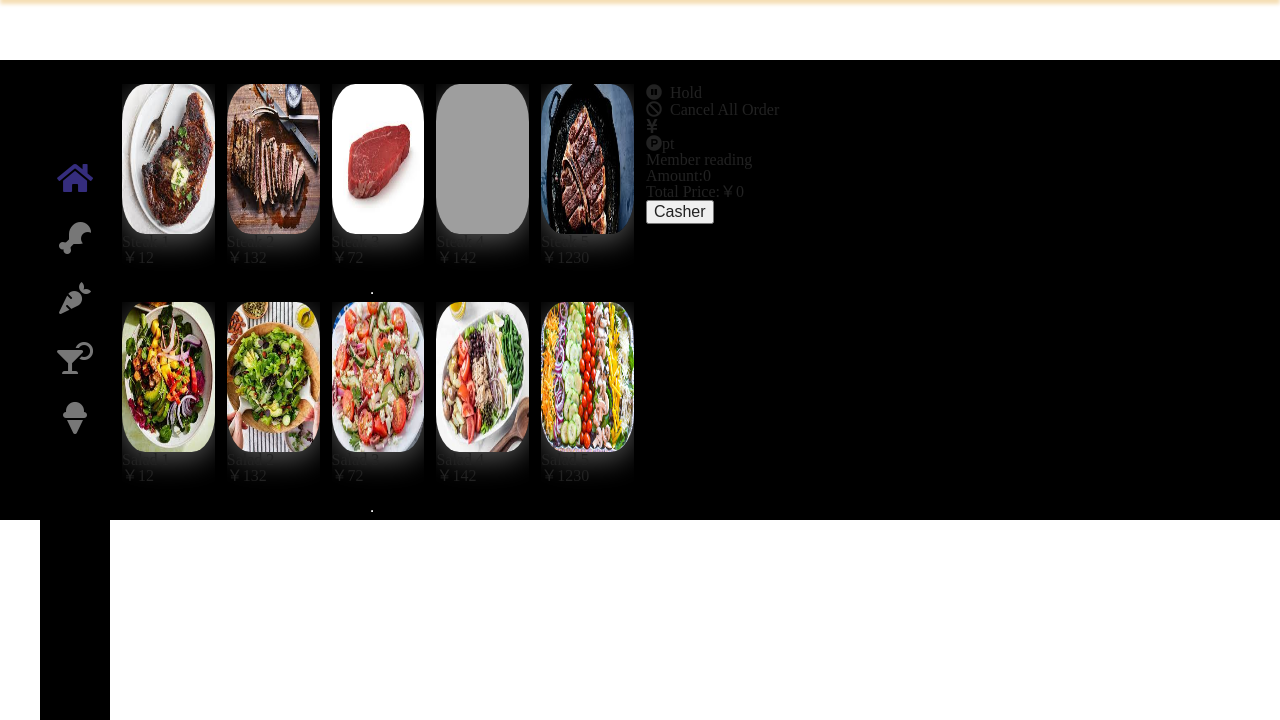
Repository: vuhungson158/Menu
Page: /
The author's editor kept a copy of each file at every save. The page is drawn from the files as they stood at one save, then again after the next save.
The browser window is 1280 px wide. The pictures show the whole page.
Pictures or frames that could not be fetched are drawn as grey boxes. The project was rebuilt for these pictures with package versions that can differ from the ones it lists, and the page was loaded fresh each time. Also part of the build but not shown: src/component/mainMenu/orderBlock/orderContent/OrderedItem.jsx, src/redux-store/actions/HoldActions.jsx, src/component/mainMenu/orderBlock/utilities/HoldItem.jsx.

Above is the page before, as saved 2021-08-22 09:41:28.

### public/index.html
<!DOCTYPE html>
<html lang="en">
  <head>
    <meta charset="utf-8" />
    <link rel="icon" href="%PUBLIC_URL%/favicon.ico" />
    <meta name="viewport" content="width=device-width, initial-scale=1" />
    <meta name="theme-color" content="#000000" />
    <meta
      name="description"
      content="Web site created using create-react-app"
    />
    <link rel="apple-touch-icon" href="%PUBLIC_URL%/logo192.png" />
    <!--
      manifest.json provides metadata used when your web app is installed on a
      user's mobile device or desktop. See https://developers.google.com/web/fundamentals/web-app-manifest/
    -->
    <link rel="manifest" href="%PUBLIC_URL%/manifest.json" />
    <link rel="stylesheet" href="fontawesome-5.15.3-web/css/all.min.css">

    <!--
      Notice the use of %PUBLIC_URL% in the tags above.
      It will be replaced with the URL of the `public` folder during the build.
      Only files inside the `public` folder can be referenced from the HTML.

      Unlike "/favicon.ico" or "favicon.ico", "%PUBLIC_URL%/favicon.ico" will
      work correctly both with client-side routing and a non-root public URL.
      Learn how to configure a non-root public URL by running `npm run build`.
    -->
    <title>Restaurant Menu</title>
  </head>
  <body>
    <noscript>You need to enable JavaScript to run this app.</noscript>
    <div id="root"></div>
    <!--
      This HTML file is a template.
      If you open it directly in the browser, you will see an empty page.

      You can add webfonts, meta tags, or analytics to this file.
      The build step will place the bundled scripts into the <body> tag.

      To begin the development, run `npm start` or `yarn start`.
      To create a production bundle, use `npm run build` or `yarn build`.
    -->
  </body>
</html>

### src/redux-store/index.jsx
import { createStore, applyMiddleware } from "redux";
import { composeWithDevTools } from "redux-devtools-extension";
import thunk from "redux-thunk";
import rootReducer from "./reducers";

const initialState = {};

const middleware = [thunk];

const store = createStore(
    rootReducer,
    initialState,
    composeWithDevTools(applyMiddleware(...middleware))
);

export default store;

### src/component/mainMenu/index.jsx
import React from 'react';
import CenterMenu from './centerMenu';
import OrderBlock from './orderBlock';

const MainMenu = () => {
    return (
        <div id="main-menu">
            <div className="container">
                <div className="grid">
                    <CenterMenu />
                    <OrderBlock />
                </div>
            </div>
        </div >
    )
}

export default MainMenu

### src/component/navbar/index.jsx
import React, { useState } from 'react';
import Clock from './Clock';

const Navbar = () => {

    const nav_height = "-60px"
    const [active, setActive] = useState(false);

    var prevScrollpos = window.pageYOffset;
    window.onscroll = function () {
        var currentScrollPos = window.pageYOffset;
        if (prevScrollpos > currentScrollPos) {
            document.getElementById("navbar").style.top = "0";
        } else {
            document.getElementById("navbar").style.top = nav_height;
        }
        prevScrollpos = currentScrollPos;
    }

    return (
        <nav id="navbar">
            <div className="container">
                <h1>Menu</h1>
                <Clock />
                <div className={`setting-icon ${active ? `active` : ""}`}
                    onClick={() => setActive(!active)} >
                    <span></span>
                    <span></span>
                    <span></span>
                    {
                        active ?
                            <ul className="setting-menu">
                                <li>Language</li>
                                <li>Dark Mode</li>
                                <li>Size</li>
                                <li>...something</li>
                            </ul>
                            : ""
                    }
                </div>

            </div>
        </nav>
    )
}

export default Navbar

### src/styles/App.scss
@import "./_variables";
@import "./mixin";

* {
    box-sizing: border-box;
    font-family: "Fira sans", sans-serif;
}
body {
    font-size: 10px;
}

@media (max-width: $breakpoint_mobile) {
    :root {
        --container_width: 100%;
    }
}
@media (min-width: $breakpoint_mobile) {
    :root {
        --container_width: 720px;
    }
}
@media (min-width: $breakpoint_ipad) {
    :root {
        --container_width: 960px;
    }
}
@media (min-width: $breakpoint_sm_pc) {
    :root {
        --container_width: 1200px;
    }
}
@media (min-width: $breakpoint_pc) {
    :root {
        --container_width: 1800px;
    }
}

.container {
    margin: 0 auto;
    max-width: var(--container_width);
}

#navbar {
    position: fixed;
    height: $navbar_height;
    top: 0;
    left: 0;
    right: 0;
    z-index: $navbar_z-index;
    background-color: $background-color_1st;
    color: $color_1st;
    box-shadow: 0 4px 4px 0 $color_1st;
    transition: 0.5s;

    .container {
        position: relative;
        display: flex;
        align-items: center;
        justify-content: space-between;

        h1 {
            color: $color_1st;
            font-size: 3.6rem;
            font-weight: 900;
            letter-spacing: 2px;
            text-transform: uppercase;
        }

        #clock {
            font-size: 2.4rem;
            font-weight: 600;
        }

        .setting-icon {
            display: block;
            position: relative;
            z-index: 1;
            user-select: none;
            appearance: none;
            border: none;
            outline: none;
            background: none;
            cursor: pointer;

            span {
                display: block;
                position: relative;
                width: 36px;
                height: 4px;
                margin-bottom: 6px;
                background-color: $background-color_2nd;
                border-radius: 10%;
                z-index: 1;
                transform-origin: 0 0;
                transition: 0.5s;
            }

            &:hover span:nth-child(2) {
                background-color: $color_3rd;
            }

            &.active {
                span:nth-child(1) {
                    transform: translate(0px, -2px) rotate(45deg);
                }
                span:nth-child(2) {
                    opacity: 0;
                    transform: translateX(36px);
                }
                span:nth-child(3) {
                    transform: translate(-3px, 3px) rotate(-45deg);
                }
            }
            .setting-menu {
                position: absolute;
                right: 0;
                border: 2px solid $color_2nd;
                border-radius: 5%;
                overflow: hidden;
                padding: 12px;
                background-color: $background-color_1st;
                cursor: auto;
                animation: dropDown 0.2s;

                li {
                    min-width: 120px;
                    cursor: pointer;
                    text-align: center;
                    padding: 12px 8px;
                    font-size: 1.6rem;
                    transition: 0.2s;
                    &:hover {
                        transform: scale(1.2);
                        color: $color_3rd;
                    }
                }
            }
        }
    }
}

#main-menu {
    background-color: $background-color_1st;
    margin-top: $navbar_height;
    .container {
        padding-top: 24px;
        .grid {
            --margin_left: 12px;
            display: flex;
            margin-left: calc(-1 * var(--margin_left));
            #center-menu,
            #order-block {
                margin-left: var(--margin_left);
                width: calc(50% - var(--margin_left));
            }
            #center-menu {
                --side-nav_width: 70px;
                #side-nav {
                    position: fixed;
                    min-height: 90%;
                    width: var(--side-nav_width);
                    background: $background-color_1st;
                    overflow: hidden;
                    transition: width 0.2s;
                    z-index: 1;
                    &:hover {
                        width: 300px;
                    }
                    ul {
                        position: absolute;
                        top: 0;
                        left: 0;
                        width: 100%;
                        padding-left: 5px;
                        top: 10%;
                        li {
                            opacity: 0.5;
                            a {
                                position: relative;
                                display: block;
                                width: 100%;
                                display: flex;
                                text-decoration: none;
                                color: $color_2nd;
                                font-size: 2rem;
                                .icon {
                                    position: relative;
                                    display: block;
                                    min-width: 60px;
                                    height: 60px;
                                    line-height: 60px;
                                    text-align: center;
                                    i {
                                        position: relative;
                                        font-size: 2rem;
                                        z-index: 1;
                                    }
                                }
                                .title {
                                    position: relative;
                                    display: block;
                                    padding-left: 10px;
                                    height: 60px;
                                    line-height: 60px;
                                    white-space: nowrap;
                                }
                            }
                            &.active,
                            &:hover {
                                .icon,
                                .title {
                                    transition: 0.2s;
                                    color: $color_3rd;
                                }
                            }
                        }
                    }
                }
                #menu {
                    margin-left: calc(var(--side-nav_width) + 12px);
                    .page {
                        --spacing: 12px;
                        --columns: 5;
                        display: flex;
                        flex-wrap: wrap;
                        margin-left: calc(-1 * var(--spacing));
                        .food-item {
                            overflow: hidden;
                            margin-left: var(--spacing);
                            width: calc(100% / var(--columns) - var(--spacing));
                            display: flex;
                            flex-direction: column;
                            height: 200px;
                            cursor: pointer;
                            img {
                                height: 150px;
                                border-radius: 25%;
                                box-shadow: 0 7px 29px 0 $box-shadow-color;
                            }
                        }
                    }
                }
            }
        }
    }
}

### src/redux-store/reducers/index.jsx
import { combineReducers } from "redux";
import HoldReducer from "./HoldReducer";
import MenuReducer from "./MenuReducer";
import OrderReducer from "./OrderReducer";

const rootReducer = combineReducers({
    menu: MenuReducer,
    order: OrderReducer,
    hold:HoldReducer
});

export default rootReducer;

### src/component/mainMenu/centerMenu/index.jsx
import React from 'react';
import MenuPage from './MenuPage';
import PropTypes from 'prop-types';
import { connect } from 'react-redux';
import SideBar from './sidebar';

const CenterMenu = ({ foods }) => {
    return (
        <div id="center-menu">
            <SideBar />
            <div id="menu">
                {
                    Object.entries(foods).map(page => (
                        <MenuPage key={page[0]} page={page[1]} />
                    ))
                }
            </div>
        </div >
    )
};

CenterMenu.prototype = {
    foods: PropTypes.array.isRequired,
};

const mapStateToProps = state => ({
    foods: state.menu.foods
});

export default connect(mapStateToProps)(CenterMenu)

### src/component/mainMenu/orderBlock/index.jsx
import React from 'react'
import MemberInfo from './MemberInfo'
import OrderedContent from './orderContent'
import Utilities from './utilities'


const OrderBlock = () => {

    return (
        <div id="order-block" className="d-flex flex-column">
            <Utilities />
            <MemberInfo />
            <OrderedContent />
            <button id="casher-btn" className="btn btn-primary">Casher</button>
        </div>
    )
}

export default OrderBlock

### src/component/navbar/Clock.jsx
import React, { useEffect, useState } from 'react'
import { showTime } from '../../pure-JS/MyTime';

const Clock = () => {

    const [clock, setClock] = useState("")

    useEffect(() => {
        const intervalClock = setInterval(() => setClock(showTime()), 1000);
        return () => clearInterval(intervalClock);
    }, []);

    return (
        <div id="clock">{clock ? clock : showTime()}</div>
    )
}

export default Clock

### src/styles/_variables.scss
:root {
    --spacing: 0;
    --container_width: 0;
    --columns: 0;
}

// Color
$color_1st: wheat;
$color_2nd: #eee;
$color_3rd: #6a5af9;
$color_4th: #3d6ef7;
$color_light: #ededed;
$color_dark: black;

$box-shadow-color: #555;

// Background Color
$background-color_1st: black;
$background-color_2nd: wheat;
$background-color_3rd: #6a5af9;
$background-color_4th: #3D6EF7;;

// z-index
$navbar_z-index: 99;

// Height
$navbar_height: 60px;

// Width
$breakpoint_mobile: 768px;
$breakpoint_ipad: 1024px;
$breakpoint_sm_pc: 1224px;
$breakpoint_pc: 1824px;

### src/styles/_mixin.scss
@keyframes dropDown {
    0% {
        transform: translateY(-100px);
    }
    100% {
        transform: skewY(0);
    }
}

### src/redux-store/reducers/HoldReducer.jsx
import { MAKE_HOLD } from "../actions/TYPE";

var initialState = {
    holder: [{}, {}, {}, {}, {}, {}, {}, {}, {}, {}]
}

const HoldReducer = (state = initialState, action) => {
    const { type, payload } = action;

    switch (type) {
        case MAKE_HOLD:
            if (payload.totalAmount === 0) {
                state.holder[payload.index] = {};
                return state;
            } else {
                state.holder[payload.index] = payload;
                return state;
            }
        default:
            return state;
    }
};

export default HoldReducer;

### src/redux-store/reducers/MenuReducer.jsx
import { SWITCH_BRANCH } from "../actions/TYPE";
import { MenuInitialState } from "./MenuInitialState";

const MenuReducer = (state = MenuInitialState, action) => {
    const { type, payload } = action;

    switch (type) {
        case SWITCH_BRANCH:
            return {
                ...state,
                branchs: state.branchs.map((branch) => {
                    if (branch.id === payload) branch.active = true;
                    else if (branch.active) branch.active = false;
                    return branch;
                })
            };
        default:
            return state;
    }
};

export default MenuReducer;

### src/component/mainMenu/centerMenu/MenuPage.jsx
import React from 'react'
import MenuItem from './MenuItem'

const MenuPage = ({ page }) => {
    return (
        <div className="page">
            {
                page.map((food) => (
                    <MenuItem key={food.id} food={food} />
                ))
            }
            <hr />
        </div>
    )
}

export default MenuPage

### src/component/mainMenu/centerMenu/sidebar/index.jsx
import React from 'react'
import PropTypes from 'prop-types';
import { connect } from 'react-redux';
import { switchBranch } from '../../../../redux-store/actions/MenuActions';

const SideBar = ({branchs, switchBranch}) => {
    return (
        <div id="side-nav" className="side-nav">
            <ul>
                {
                    branchs.map((branch) => (
                        <li key={branch.id} className={branch.active ? "list active" : "list"} >
                            <a href="/#" onClick={() => switchBranch(branch.id)}>
                                <span className="icon"><i className={branch.icon}></i></span>
                                <span className="title">{branch.name}</span>
                            </a>
                        </li>
                    ))
                }
            </ul>
        </div>
    )
}

SideBar.prototype = {
    branchs: PropTypes.array.isRequired,
    switchBranch: PropTypes.func.isRequired
};

const mapStateToProps = state => ({
    branchs: state.menu.branchs
});

export default connect(mapStateToProps, { switchBranch })(SideBar)

### src/component/mainMenu/orderBlock/MemberInfo.jsx
import React from 'react'

const MemberInfo = () => {
    return (
        <div id="member-info">
            <div>
                <i className="fas fa-yen-sign"></i>
                <span></span>
            </div>
            <div>
                <i className="fab fa-product-hunt"></i>
                <span>pt</span>
            </div>
            <div>
                Member reading
            </div>
        </div>
    )
}

export default MemberInfo

### src/component/mainMenu/orderBlock/orderContent/index.jsx
import React from 'react'
import { connect } from 'react-redux';
import PropTypes from 'prop-types';
import OrderedItem from './OrderedItem'

const OrderedContent = ({ orders }) => {

    const totalAmount = orders.reduce((acc, order) => (acc + order.amount), 0);
    const totalPrice = orders.reduce((acc, order) => (acc + order.price * order.amount), 0);

    return (
        <>
            <div id="list">
                <table>
                    {
                        orders.map((order) => (
                            <OrderedItem key={order.id} order={order} />
                        ))
                    }
                </table>
            </div>
            <div id="total">
                <div>
                    Amount:<span>{totalAmount ? totalAmount : 0}</span>
                </div>
                <div>
                    Total Price:<span>￥{totalPrice ? totalPrice : 0}</span>
                </div>
            </div>
        </>
    )
}
OrderedContent.prototype = {
    orders: PropTypes.array.isRequired,
};

const mapStateToProps = state => ({
    orders: state.order.ordered_item,
    totalAmount: state.order.totalAmount,
    totalPrice: state.order.totalPrice
});

export default connect(mapStateToProps)(OrderedContent)

### src/component/mainMenu/orderBlock/utilities/index.jsx
import React, { useState } from 'react'
import { connect } from 'react-redux';
import PropTypes from 'prop-types';
import { clearAll } from '../../../../redux-store/actions/OrderActions';
import HoldItem from './HoldItem';

const Utilities = ({ holds, clearAll }) => {
    const [isShowTable, setIsShowTable] = useState(false);

    return (
        <div id="utilities">
            <div id="hold" className="" onClick={() => setIsShowTable(!isShowTable)}>
                <i className="fas fa-pause-circle"></i>
                &nbsp; Hold
                {
                    isShowTable ?
                        <table id="hold-table" >
                            <thead className="">
                                <tr>
                                    <td>Index</td>
                                    <td>Time</td>
                                    <td>Amount</td>
                                    <td>Price</td>
                                </tr>
                            </thead>
                            <tbody>
                                {
                                    holds.map((hold, index) => (
                                        <HoldItem key={index} hold={hold} index={index} />
                                    ))
                                }
                            </tbody>
                        </table>
                        : ""
                }

            </div>
            <div className="" onClick={() => clearAll()}>
                <i className="fas fa-ban"></i>
                &nbsp; Cancel All Order
            </div>
        </div>
    )
}
Utilities.prototype = {
    hold: PropTypes.array.isRequired,
    clearAll: PropTypes.func.isRequired,
};

const mapStateToProps = state => ({
    holds: state.hold.holder
});

export default connect(mapStateToProps, { clearAll })(Utilities)

### src/component/mainMenu/centerMenu/MenuItem.jsx
import React from 'react'
import PropTypes from 'prop-types';
import { connect } from 'react-redux';
import { addToOrder } from '../../../redux-store/actions/OrderActions';

const MenuItem = ({ food, addToOrder }) => {

    return (
        <div className="food-item" key={food.id} onClick={() => { addToOrder(food) }}>
            <img src={food.img} alt="" />
            <div>{food.name}</div>
            <div>￥{food.price}</div>
        </div>
    )
}

MenuItem.prototype = {
    addToOrder: PropTypes.func.isRequired,
};

const mapStateToProps = state => ({
});

export default connect(mapStateToProps, { addToOrder })(MenuItem)

### src/redux-store/actions/MenuActions.jsx
import { SWITCH_BRANCH } from "./TYPE";


export const switchBranch = newID => dispatch => {
    dispatch({
        type: SWITCH_BRANCH,
        payload: newID
    })
};

### src/redux-store/actions/OrderActions.jsx
import { ADD_ORDER, AMOUNT_DOWN, AMOUNT_UP, CHANGE_AMOUNT, CLEAR_ALL, HOLD_TO_ORDER } from "./TYPE";
import { v4 as uuidV4 } from "uuid";

export const addToOrder = item => dispatch => {
    dispatch({
        type: ADD_ORDER,
        payload: { ...item, id: uuidV4(), amount: 1 }
    })
};

export const holdToOrder = orders => dispatch => {
    dispatch({
        type: HOLD_TO_ORDER,
        payload: orders
    })
};

export const changeAmount = (id, amount) => dispatch => {
    dispatch({
        type: CHANGE_AMOUNT,
        payload: { id, amount: parseInt(amount, 10) }
    })
};

export const amountUp = id => dispatch => {
    dispatch({
        type: AMOUNT_UP,
        payload: id
    })
};

export const amountDown = (id, amount) => dispatch => {
    dispatch({
        type: AMOUNT_DOWN,
        payload: { id, amount }
    })
};

export const clearAll = () => dispatch => {
    dispatch({
        type: CLEAR_ALL,
        payload: null
    })
};

Loaded but not shown: src/serviceWorker.js (common file); src/styles/Reset.css (common file); public/fontawesome-5.15.3-web/css/all.min.css (library); src/redux-store/reducers/MenuInitialState.js (124 lines, source omitted); src/index.js (20 lines, source omitted); src/redux-store/actions/TYPE.js (13 lines, source omitted); src/pure-JS/MyTime.js (13 lines, source omitted); src/App.js (16 lines, source omitted); src/redux-store/reducers/OrderReducer.jsx (71 lines, source omitted)

After the next save:
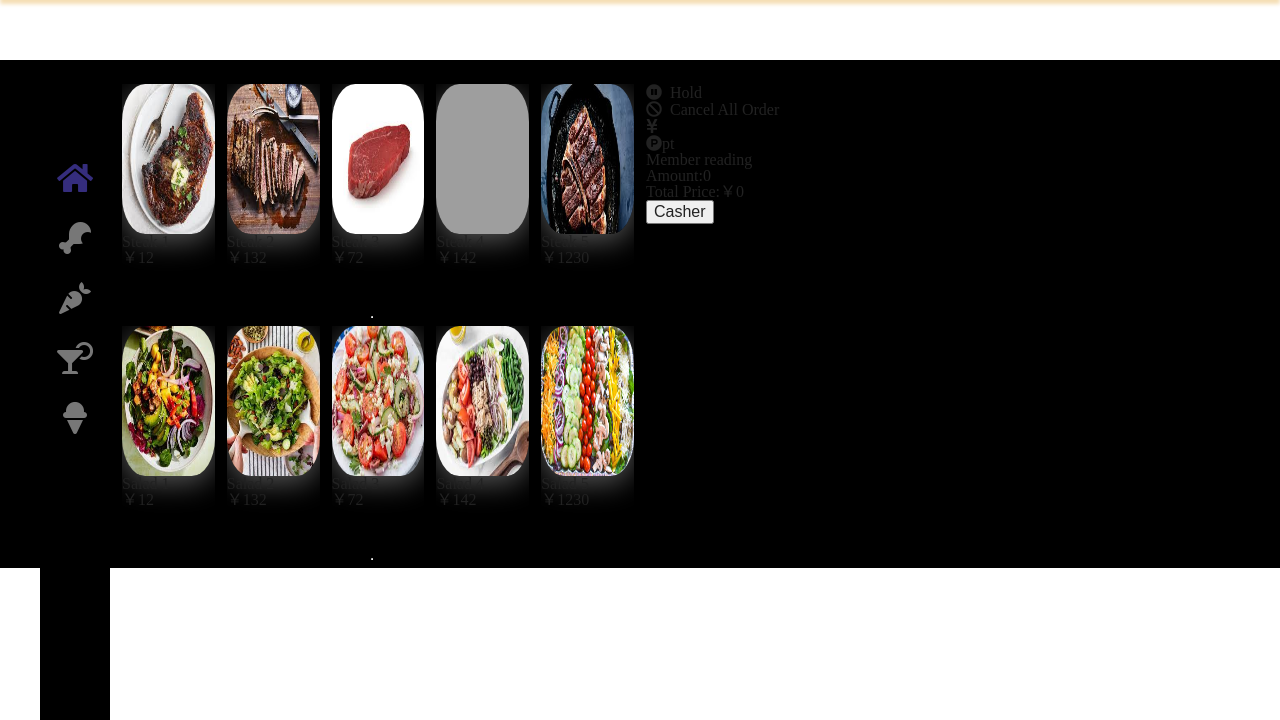
Saved 26 s later.
--- a/src/styles/App.scss
+++ b/src/styles/App.scss
@@ -232,6 +232,7 @@ body {
                             flex-direction: column;
                             height: 200px;
                             cursor: pointer;
+                            margin-bottom: calc(2 * var(--spacing));
                             img {
                                 height: 150px;
                                 border-radius: 25%;
